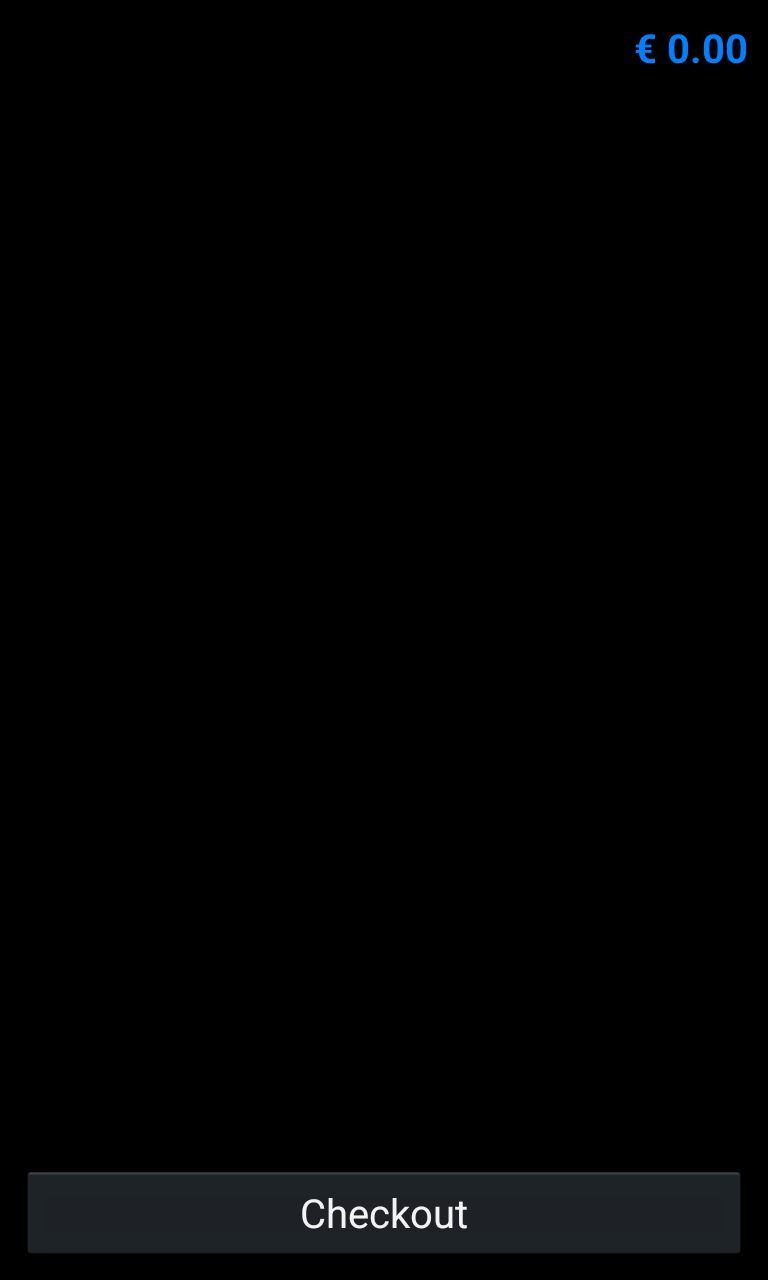
Repository: Adammdit/DT2283GUI
Layout: GunSmoke/res/layout/activity_main.xml
These files come from the project's save history. The layout is drawn as it stood at one moment and after the next save; the edit follows.
It is drawn on a 768 x 1280 px phone screen (xhdpi) without system bars, with theme android:Theme.Holo; the app's code is not run. Lists and similar views that code fills are empty.

Above is the layout before, as saved 2014-11-10 09:43:06.

### GunSmoke/res/layout/activity_main.xml
<LinearLayout xmlns:android="http://schemas.android.com/apk/res/android"
    xmlns:tools="http://schemas.android.com/tools"
    android:id="@+id/LinearLayout1"
    android:layout_width="match_parent"
    android:layout_height="wrap_content"
    android:paddingBottom="10dp"
    android:paddingLeft="10dp"
    android:paddingRight="10dp"
    android:paddingTop="10dp"
    android:orientation="vertical"
    tools:context=".MainActivity" >

    <TextView
        android:id="@+id/cartTotal"
        android:layout_width="match_parent"
  		android:layout_height="wrap_content"
  		android:gravity="right"
        android:textSize="20sp"
  		android:text="€ 0.00"
  		android:textColor="@color/total"
  		android:textStyle="bold"
  		android:layout_weight="2"/>




    <ExpandableListView
        android:id="@+id/listView"
        android:layout_width="match_parent"
        android:layout_height="wrap_content"
        android:layout_weight="1" />


    <Button
        android:id="@+id/checkout"
        style="?android:attr/buttonStyleSmall"
        android:layout_width="fill_parent"
        android:layout_height="wrap_content"
        android:layout_gravity="bottom"
        android:layout_weight="0"
        android:textSize="20sp"
        android:text="Checkout" />

</LinearLayout>

### GunSmoke/res/values/colors.xml
<?xml version="1.0" encoding="utf-8"?>
<resources>
	<color name="khaki">#663300</color>
	<color name="price">#E5FFCC</color>
	<color name="name">#CC6600</color>
	<color name="total">#0080FF</color>
	<color name="formBackground">#3D3D00</color>
</resources>

After the next save:
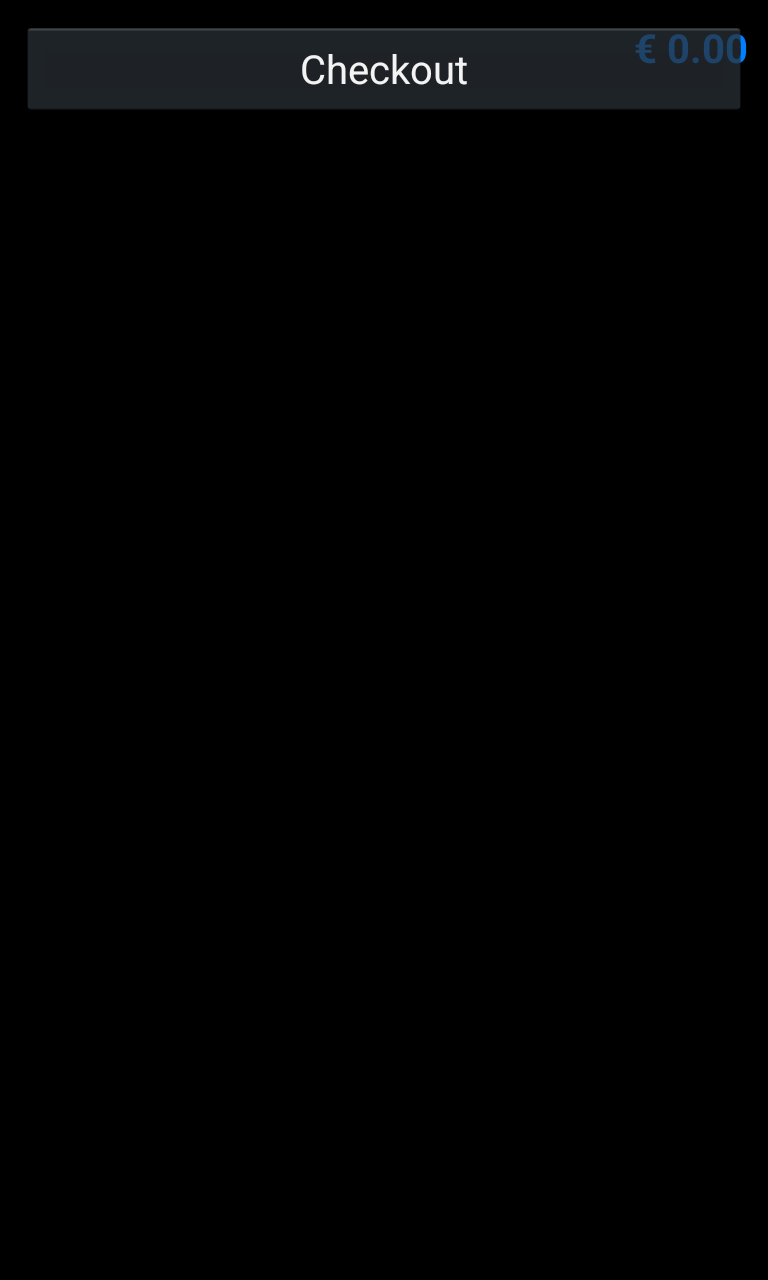
Saved 3 min 32 s later.
--- a/GunSmoke/res/layout/activity_main.xml
+++ b/GunSmoke/res/layout/activity_main.xml
@@ -1,4 +1,4 @@
-<LinearLayout xmlns:android="http://schemas.android.com/apk/res/android"
+<RelativeLayout xmlns:android="http://schemas.android.com/apk/res/android"
     xmlns:tools="http://schemas.android.com/tools"
     android:id="@+id/LinearLayout1"
     android:layout_width="match_parent"
@@ -39,6 +39,7 @@
         android:layout_gravity="bottom"
         android:layout_weight="0"
         android:textSize="20sp"
+        android:layout_below="@+id/listView"
         android:text="Checkout" />
 
-</LinearLayout>
+</RelativeLayout>
